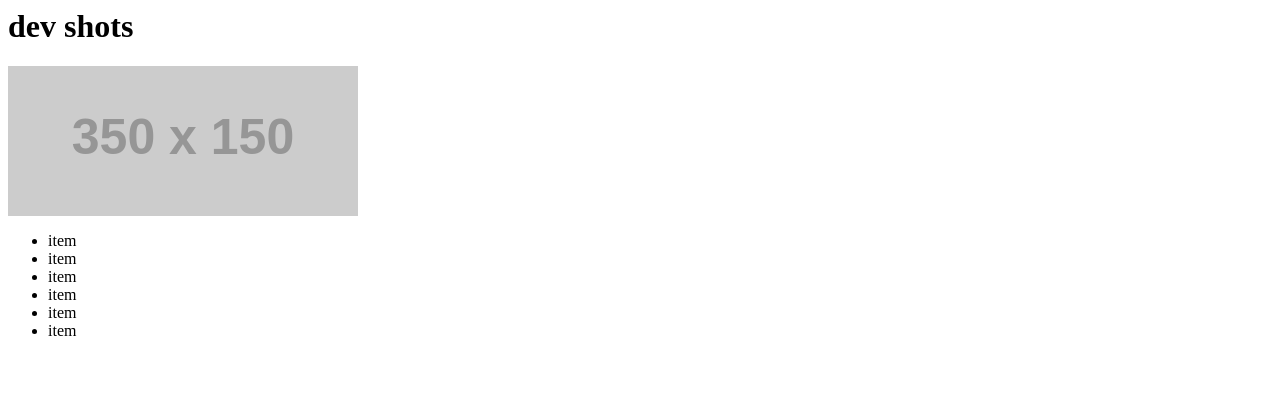
Repository: innaplx/exercises-devshots-html4-part1
Page: index.html
An editor plug-in stored every save of this project. The page is shown before and after the next save, followed by the edit.
The browser window is 1280 px wide. The pictures show the whole page.

Above is the page before, as saved 2018-08-17 18:05:20.

After the next save:
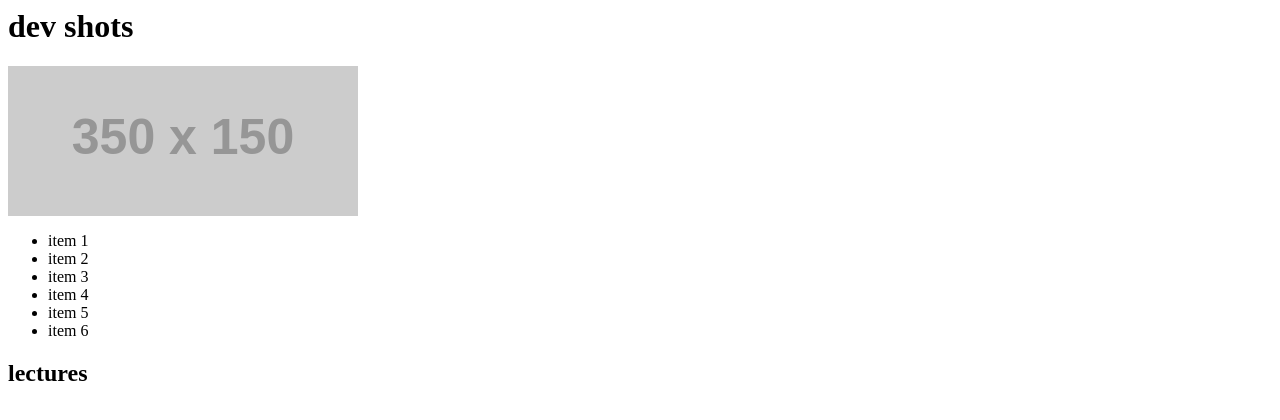
Saved 17 min 22 s later.
--- a/index.html
+++ b/index.html
@@ -4,18 +4,24 @@
         <a href="https://placeholder.com"><img src="https://via.placeholder.com/350x150"></a>
         <nav>
             <ul>
-                <li><a herf="#" titel="item 1">item</a></li>
-                <li><a herf="#" titel="item 1">item</a></li>
-                <li><a herf="#" titel="item 1">item</a></li>
-                <li><a herf="#" titel="item 1">item</a></li>
-                <li><a herf="#" titel="item 1">item</a></li>
-                <li><a herf="#" titel="item 1">item</a></li>
+                <li><a herf="#" titel="item 1">item 1</a></li>
+                <li><a herf="#" titel="item 2">item 2</a></li>
+                <li><a herf="#" titel="item 3">item 3</a></li>
+                <li><a herf="#" titel="item 4">item 4</a></li>
+                <li><a herf="#" titel="item 5">item 5</a></li>
+                <li><a herf="#" titel="item 6">item 6</a></li>
             </ul>
         </nav>
 
     </head>
 
+    <body>
+        <h2>lectures</h2>
+            <template><a href="https://placeholder.com"><img src="https://via.placeholder.com/50x50"></a>
+            <text>Lorem ipsum dolor sit amet, id suas dictas apeirian mea. Per temporibus conclusionemque cu. Regione petentium cum ei, nec ea utroque habemus, ex paulo constituam eam. Ut ius porro vitae, dico integre eam cu. Intellegebat deterruisset mea te, eu consul nostrud corpora sit. Ut graece facilis vim.</text>
+            </template>
 
+    </body>
 
 
 
